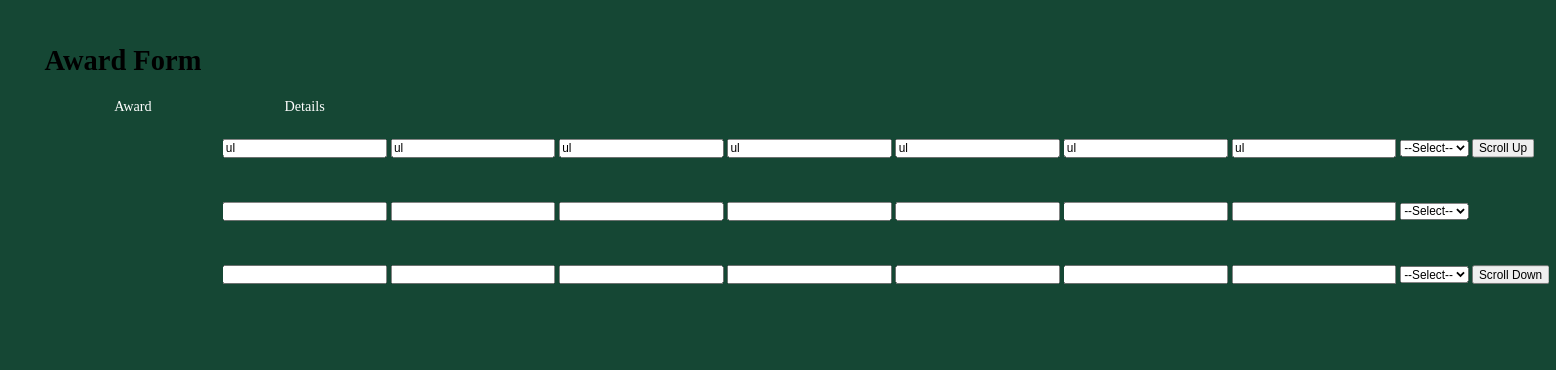
Repository: prajaktamore/Web-Based-Programming-3
Page: http://localhost/BinaryCalculator/Waiting.jsp
An editor plug-in stored every save of this project. The page is shown before and after the next save, followed by the edit.
The browser window is 1280 px wide. The page is 1748 px wide, so the pictures cover 1748 px, including what lies to the right of the window. The pictures show the whole page, at 89% of full size.
The page is served by Tomcat 9. Other server files are loaded and not shown.

Above is the page before, as saved 2014-05-04 17:49:42.

### BinaryCalculator/WebContent/Waiting.jsp
<%@ page language="java" contentType="text/html; charset=ISO-8859-1"
    pageEncoding="ISO-8859-1"%>
<%@taglib prefix="core" uri="http://java.sun.com/jsp/jstl/core"%>
<%@ page import="java.util.*,java.sql.Connection,java.sql.DriverManager,java.sql.SQLException,java.sql.Statement,java.sql.ResultSet" session="true"%>
<%@ page errorPage="ShowError.jsp" %>

<!DOCTYPE html PUBLIC "-//W3C//DTD HTML 4.01 Transitional//EN" "http://www.w3.org/TR/html4/loose.dtd">
<html>
<head>
<meta http-equiv="Content-Type" content="text/html; charset=ISO-8859-1">
<title>Awards</title>
<link href="more.css" rel="stylesheet" type="text/css" />
<script type="text/javascript">
var myArray = new Array();
var loc = -1;
var insertflag1;

var upstatus;

function  validateform1(){
	var index = document.getElementById("approve1").selectedIndex;
	if(index == 1){
		document.getElementById('sub1').style.visibility='visible';
	}else if(index == 2){
		var r=confirm("Confirmation : Are you sure you want to delete click ok and click Delete Button");
		if (r==true)
		  {
		  	document.getElementById('sub1').style.visibility='visible';
		  }
		else
		  {
		  	alert("You have cancelled Deletion");
		  }
	}
}

function  validateform2(){
	var index = document.getElementById("approve2").selectedIndex;
	if(index == 1){
		document.getElementById('sub2').style.visibility='visible';
	}else if(index == 2){
		var r=confirm("Confirmation : Are you sure you want to delete click ok and click Delete Button");
		if (r==true)
		  {
		  	document.getElementById('sub2').style.visibility='visible';
		  }
		else
		  {
		  	alert("You have cancelled Deletion");
		  }
	}
}

function  validateform3(){
	var index = document.getElementById("approve3").selectedIndex;
	if(index == 1){
		document.getElementById('sub3').style.visibility='visible';
	}else if(index == 2){
		var r=confirm("Confirmation : Are you sure you want to delete click ok and click Delete Button");
		if (r==true)
		  {
		  	document.getElementById('sub3').style.visibility='visible';
		  }
		else
		  {
		  	alert("You have cancelled Deletion");
		  }
	}
}
function successCallback(){
   	var name = '<%= session.getAttribute( "suidApprove" ) %>';
	var details = '<%= session.getAttribute( "ruidApprove" ) %>';
	var name1 = '<%= session.getAttribute( "sdeptApprove" ) %>';
	var details1 = '<%= session.getAttribute( "rdeptApprove" ) %>';
	var name2 = '<%= session.getAttribute( "awardApprove" ) %>';
	var details2 = '<%= session.getAttribute( "smailApprove" ) %>';
	var name3 = '<%= session.getAttribute( "rmailApprove" ) %>';
		var array1Token = name.toString();
		array1Token = array1Token.slice(1, array1Token.length-1);
		var fields = array1Token.split(/,/);

		var array2Token = details.toString();
		array2Token = array2Token.slice(1, array2Token.length-1);
		var fields2 = array2Token.split(/,/);

		var array1Token1 = name1.toString();
		array1Token1 = array1Token1.slice(1, array1Token1.length-1);
		var fields3 = array1Token1.split(/,/);

		var array2Token2 = details1.toString();
		array2Token2 = array2Token2.slice(1, array2Token2.length-1);
		var fields4 = array2Token2.split(/,/);

		var array1Token3 = name2.toString();
		array1Token3 = array1Token3.slice(1, array1Token3.length-1);
		var fields5 = array1Token3.split(/,/);

		var array2Token4 = details2.toString();
		array2Token4 = array2Token4.slice(1, array2Token4.length-1);
		var fields6 = array2Token4.split(/,/);

		var array1Token5 = name3.toString();
		array1Token5 = array1Token5.slice(1, array1Token5.length-1);
		var fields7 = array1Token5.split(/,/);
		loc = -1;

 		for (var i = 0; i < 3 ; i++) {
					var num = i + 1;
					var n = num.toString();

					var name = "name".concat(n);
					document.getElementById(name).value = "";

					var sssn = "detail".concat(n);
					document.getElementById(sssn).value = "";

					var sdept = "sdept".concat(n);
					document.getElementById(sdept).value = "";

					var rdept = "rdept".concat(n);
					document.getElementById(rdept).value = "";

					var award = "award".concat(n);
					document.getElementById(award).value = "";

					var smail = "smail".concat(n);
					document.getElementById(smail).value = "";

					var rmail = "rmail".concat(n);
					document.getElementById(rmail).value = "";

					var pos = "pos".concat(n);
					document.getElementById(pos).value = "";
		}

		for (var i = 0; i < fields.length ; i++) {
					if(i >= 3) {
						loc = loc + 1;

							document.getElementById("name1").value = fields[i-2];
							document.getElementById("detail1").value = fields2[i-2];
							document.getElementById("sdept1").value = fields3[i-2];
							document.getElementById("rdept1").value = fields4[i-2];
							document.getElementById("award1").value = fields5[i-2];
							document.getElementById("smail1").value = fields6[i-2];
							document.getElementById("rmail1").value = fields7[i-2];
							document.getElementById("pos1").value = i-2;

							document.getElementById("name2").value = fields[i-1];
							document.getElementById("detail2").value = fields2[i-1];
							document.getElementById("sdept2").value = fields3[i-1];
							document.getElementById("rdept2").value = fields4[i-1];
							document.getElementById("award2").value = fields5[i-1];
							document.getElementById("smail2").value = fields6[i-1];
							document.getElementById("rmail2").value = fields7[i-1];
							document.getElementById("pos2").value = i-1;

							document.getElementById("name3").value = fields[i];
							document.getElementById("detail3").value = fields2[i];
							document.getElementById("sdept3").value = fields3[i];
							document.getElementById("rdept3").value = fields4[i];
							document.getElementById("award3").value = fields5[i];
							document.getElementById("smail3").value = fields6[i];
							document.getElementById("rmail3").value = fields7[i];
							document.getElementById("pos3").value = i;


					}
					else{

							loc = loc + 1;
							var num = i + 1;
							var n = num.toString();

							var name = "name".concat(n);
							document.getElementById(name).value = fields[i];

							var sssn = "detail".concat(n);
							document.getElementById(sssn).value = fields2[i];

							var sdept = "sdept".concat(n);
					document.getElementById(sdept).value = fields3[i];

					var rdept = "rdept".concat(n);
					document.getElementById(rdept).value = fields4[i];

					var award = "award".concat(n);
					document.getElementById(award).value = fields5[i];

					var smail = "smail".concat(n);
					document.getElementById(smail).value =fields6[i];

					var rmail = "rmail".concat(n);
					document.getElementById(rmail).value = fields7[i];

							var pos = "pos".concat(n);
							document.getElementById(pos).value = i;

					}

				}

}

function scrollDown()
{
		var scrollstatus = document.getElementById("pos1").value;

		var name = '<%= session.getAttribute( "suidApprove" ) %>';
	var details = '<%= session.getAttribute( "ruidApprove" ) %>';
	var name1 = '<%= session.getAttribute( "sdeptApprove" ) %>';
	var details1 = '<%= session.getAttribute( "rdeptApprove" ) %>';
	var name2 = '<%= session.getAttribute( "awardApprove" ) %>';
	var details2 = '<%= session.getAttribute( "smailApprove" ) %>';
	var name3 = '<%= session.getAttribute( "rmailApprove" ) %>';
		var array1Token = name.toString();
		array1Token = array1Token.slice(1, array1Token.length-1);
		var fields = array1Token.split(/,/);

		var array2Token = details.toString();
		array2Token = array2Token.slice(1, array2Token.length-1);
		var fields2 = array2Token.split(/,/);

		var array1Token1 = name1.toString();
		array1Token1 = array1Token1.slice(1, array1Token1.length-1);
		var fields3 = array1Token1.split(/,/);

		var array2Token2 = details1.toString();
		array2Token2 = array2Token2.slice(1, array2Token2.length-1);
		var fields4 = array2Token2.split(/,/);

		var array1Token3 = name2.toString();
		array1Token3 = array1Token3.slice(1, array1Token3.length-1);
		var fields5 = array1Token3.split(/,/);

		var array2Token4 = details2.toString();
		array2Token4 = array2Token4.slice(1, array2Token4.length-1);
		var fields6 = array2Token4.split(/,/);

		var array1Token5 = name3.toString();
		array1Token5 = array1Token5.slice(1, array1Token5.length-1);
		var fields7 = array1Token5.split(/,/);

		loc = -1;

	if(fields.length < 3 || (parseInt(parseInt(scrollstatus) + 3))== fields.length){
			alert("Cannot scroll down");
	}else {
 		for (var i = 0; i < 3 ; i++) {
					var num = i + 1;
					var n = num.toString();

					var name = "name".concat(n);
					document.getElementById(name).value = "";

					var sssn = "detail".concat(n);
					document.getElementById(sssn).value = "";

					var sdept = "sdept".concat(n);
					document.getElementById(sdept).value = "";

					var rdept = "rdept".concat(n);
					document.getElementById(rdept).value = "";

					var award = "award".concat(n);
					document.getElementById(award).value = "";

					var smail = "smail".concat(n);
					document.getElementById(smail).value = "";

					var rmail = "rmail".concat(n);
					document.getElementById(rmail).value = "";

					var pos = "pos".concat(n);
					document.getElementById(pos).value = "";
		}

		var i = parseInt(parseInt(scrollstatus));

							document.getElementById("name1").value = fields[i+1];
							document.getElementById("detail1").value = fields2[i+1];
							document.getElementById("sdept1").value = fields3[i+1];
							document.getElementById("rdept1").value = fields4[i+1];
							document.getElementById("award1").value = fields5[i+1];
							document.getElementById("smail1").value = fields6[i+1];
							document.getElementById("rmail1").value = fields7[i+1];
							document.getElementById("pos1").value = i+1;

							document.getElementById("name2").value = fields[i+2];
							document.getElementById("detail2").value = fields2[i+2];
							document.getElementById("sdept2").value = fields3[i+2];
							document.getElementById("rdept2").value = fields4[i+2];
							document.getElementById("award2").value = fields5[i+2];
							document.getElementById("smail2").value = fields6[i+2];
							document.getElementById("rmail2").value = fields7[i+2];
							document.getElementById("pos2").value = i+2;

							document.getElementById("name3").value = fields[i+3];
							document.getElementById("detail3").value = fields2[i+3];
							document.getElementById("sdept3").value = fields3[i+3];
							document.getElementById("rdept3").value = fields4[i+3];
							document.getElementById("award3").value = fields5[i+3];
							document.getElementById("smail3").value = fields6[i+3];
							document.getElementById("rmail3").value = fields7[i+3];
							document.getElementById("pos3").value = i+3;
		}
}

function scrollUp()
{
		var scrollstatus = document.getElementById("pos3").value;

	var name = '<%= session.getAttribute( "suidApprove" ) %>';
	var details = '<%= session.getAttribute( "ruidApprove" ) %>';
	var name1 = '<%= session.getAttribute( "sdeptApprove" ) %>';
	var details1 = '<%= session.getAttribute( "rdeptApprove" ) %>';
	var name2 = '<%= session.getAttribute( "awardApprove" ) %>';
	var details2 = '<%= session.getAttribute( "smailApprove" ) %>';
	var name3 = '<%= session.getAttribute( "rmailApprove" ) %>';
		var array1Token = name.toString();
		array1Token = array1Token.slice(1, array1Token.length-1);
		var fields = array1Token.split(/,/);

		var array2Token = details.toString();
		array2Token = array2Token.slice(1, array2Token.length-1);
		var fields2 = array2Token.split(/,/);

		var array1Token1 = name1.toString();
		array1Token1 = array1Token1.slice(1, array1Token1.length-1);
		var fields3 = array1Token1.split(/,/);

		var array2Token2 = details1.toString();
		array2Token2 = array2Token2.slice(1, array2Token2.length-1);
		var fields4 = array2Token2.split(/,/);

		var array1Token3 = name2.toString();
		array1Token3 = array1Token3.slice(1, array1Token3.length-1);
		var fields5 = array1Token3.split(/,/);

		var array2Token4 = details2.toString();
		array2Token4 = array2Token4.slice(1, array2Token4.length-1);
		var fields6 = array2Token4.split(/,/);

		var array1Token5 = name3.toString();
		array1Token5 = array1Token5.slice(1, array1Token5.length-1);
		var fields7 = array1Token5.split(/,/);


		loc = -1;

		if(fields.length < 3 || (parseInt(parseInt(scrollstatus) - 3)) < 0){
				alert("Cannot scroll up");
		}else {
	 		for (var i = 0; i < 3 ; i++) {
					var num = i + 1;
					var n = num.toString();

					var name = "name".concat(n);
					document.getElementById(name).value = "";

					var sssn = "detail".concat(n);
					document.getElementById(sssn).value = "";

					var sdept = "sdept".concat(n);
					document.getElementById(sdept).value = "";

					var rdept = "rdept".concat(n);
					document.getElementById(rdept).value = "";

					var award = "award".concat(n);
					document.getElementById(award).value = "";

					var smail = "smail".concat(n);
					document.getElementById(smail).value = "";

					var rmail = "rmail".concat(n);
					document.getElementById(rmail).value = "";

					var pos = "pos".concat(n);
					document.getElementById(pos).value = "";

		}

		var i = parseInt(parseInt(scrollstatus));
							document.getElementById("name1").value = fields[i-3];
							document.getElementById("detail1").value = fields2[i-3];
							document.getElementById("sdept1").value = fields3[i-3];
							document.getElementById("rdept1").value = fields4[i-3];
							document.getElementById("award1").value = fields5[i-3];
							document.getElementById("smail1").value = fields6[i-3];
							document.getElementById("rmail1").value = fields7[i-3];
							document.getElementById("pos1").value = i-3;

							document.getElementById("name2").value = fields[i-2];
							document.getElementById("detail2").value = fields2[i-2];
							document.getElementById("sdept2").value = fields3[i-2];
							document.getElementById("rdept2").value = fields4[i-2];
							document.getElementById("award2").value = fields5[i-2];
							document.getElementById("smail2").value = fields6[i-2];
							document.getElementById("rmail2").value = fields7[i-2];
							document.getElementById("pos2").value = i-2;

							document.getElementById("name3").value = fields[i-1];
							document.getElementById("detail3").value = fields2[i-1];
							document.getElementById("sdept3").value = fields3[i-1];
							document.getElementById("rdept3").value = fields4[i-1];
							document.getElementById("award3").value = fields5[i-1];
							document.getElementById("smail3").value = fields6[i-1];
							document.getElementById("rmail3").value = fields7[i-1];
							document.getElementById("pos3").value = i-1;

		}
}

</script>
</head>
<body  onload="successCallback()">
		<h1>Award Form</h1>
			<form name="myForm"  method="POST" action="Waiting">
				<table width="page">
					<tr>
						<td align="center">Award</td>
						<td align="center">Details</td>
						<td></td>
					</tr>
					<tr>
						<td><input type="submit" name="sub" id="sub1" value="Select1" style="visibility:hidden;background-color: #2e466e; color: #ffff; border-radius: 10px;border:6px solid #1f2f47;border-radius:29px;padding:16px 57px;text-shadow:0px 1px 0px #263666;font-size:20px;"></td>
						<td><input id="name1" type="text" name="name1" readonly></td>
						<td><input id="detail1" type="text" name="detail1" readonly></td>
						<td><input id="sdept1" type="text" name="sdept1" readonly></td>
						<td><input id="rdept1" type="text" name="rdept1" readonly></td>
						<td><input id="award1" type="text" name="award1" readonly></td>
						<td><input id="smail1" type="text" name="smail1" readonly></td>
						<td><input id="rmail1" type="text" name="rmail1" readonly></td>
						<td>
	 					    <select name="approve1" id="approve1" onchange="validateform1()">
						        <OPTION  value="-1" label="--Select--" selected="selected">
						        <option value="Approve">Approve</option>
						        <option value="Delete">Delete</option>
						     </select>
					    </td>
						<td><input type="button" name="up" value="Scroll Up" onClick="scrollUp()"></td>
						<td><input id="pos1" type="hidden" readonly></td>
					</tr>
					<tr>
						<td><input type="submit" name="sub" id="sub2" value="Select2" style="visibility:hidden;background-color: #2e466e; color: #ffff; border-radius: 10px;border:6px solid #1f2f47;border-radius:29px;padding:16px 57px;text-shadow:0px 1px 0px #263666;font-size:20px;"></td>
						<td><input id="name2" type="text" name="name2" readonly></td>
						<td><input id="detail2" type="text" name="detail2" readonly></td>
						<td><input id="sdept2" type="text" name="sdept2" readonly></td>
						<td><input id="rdept2" type="text" name="rdept2" readonly></td>
						<td><input id="award2" type="text" name="award2" readonly></td>
						<td><input id="smail2" type="text" name="smail2" readonly></td>
						<td><input id="rmail2" type="text" name="rmail2" readonly></td>
						<td>
	 					    <select name="approve2" id="approve2" onchange="validateform2()">
						        <OPTION  value="-1" label="--Select--" selected="selected">
						         <option value="Approve">Approve</option>
						        <option value="Delete">Delete</option>
						     </select>
					    </td>
						<td><input id="pos2" type="hidden" readonly></td>
					</tr>
					<tr>
						<td><input type="submit" name="sub" id="sub3" value="Select3" style="visibility:hidden;background-color: #2e466e; color: #ffff; border-radius: 10px;border:6px solid #1f2f47;border-radius:29px;padding:16px 57px;text-shadow:0px 1px 0px #263666;font-size:20px;"></td>
						<td><input id="name3" type="text" name="name3" readonly></td>
						<td><input id="detail3" type="text" name="detail3" readonly></td>
						<td><input id="sdept3" type="text" name="sdept3" readonly></td>
						<td><input id="rdept3" type="text" name="rdept3" readonly></td>
						<td><input id="award3" type="text" name="award3" readonly></td>
						<td><input id="smail3" type="text" name="smail3" readonly></td>
						<td><input id="rmail3" type="text" name="rmail3" readonly></td>
						<td>
	 					    <select name="approve3" id="approve3" onchange="validateform3()">
						        <OPTION  value="-1" label="--Select--" selected="selected">
						         <option value="Approve">Approve</option>
						        <option value="Delete">Delete</option>
						     </select>
					    </td>
						<td><input type="button" name="down" value="Scroll Down" onClick="scrollDown()"></td>
						<td><input id="pos3" type="hidden" readonly></td>
					</tr>
				</table>
			</form>
</body>
</html>

### BinaryCalculator/WebContent/more.css
/*
    author : Prajakta More
    date created : 11 Feb 2014
	Version:  1
    copyright information : Binghamton University
*/

/*Defines style for body tag all fields declared in body tag will follow below style for margins and background*/
body
{
margin-top:50px;
margin-left:50px;
margin-right:50px;
margin-bottom:50px;
background:#154734;
}



input#submit {
    padding: 4px 40px;
    /*give the background a gradient*/
    background:#ffae00; /*fallback for browsers that don't support gradients*/
    background: -webkit-linear-gradient(top, #ffae00, #d67600);
    background: -moz-linear-gradient(top, #ffae00, #d67600);
    background: -o-linear-gradient(top, #ffae00, #d67600);
    background: linear-gradient(top, #ffae00, #d67600);
    border:2px outset #dad9d8;
    /*style the text*/
    font-family:Andika, Arial, sans-serif;
    font-size:1.1em;
    letter-spacing:0.05em;
    text-transform:uppercase;
    color:#fff;
    text-shadow: 0px 1px 10px #000;
    /*add to small curve to the corners of the button*/
    -webkit-border-radius: 15px;
    -moz-border-radius: 15px;
    border-radius: 15px;
    /*give the button a drop shadow*/
    -webkit-box-shadow: rgba(0, 0, 0, .55) 0 1px 6px;
    -moz-box-shadow: rgba(0, 0, 0, .55) 0 1px 6px;
    box-shadow: rgba(0, 0, 0, .55) 0 1px 6px;
    }
    /****NOW STYLE THE BUTTON'S HOVER STATE***/
    input#submit:hover, input#submit:focus {
    border:2px solid #dad9d8;
    }



/*Defines style for table tag all fields declared in table tag will follow below style for border*/
table
{
border: 0px solid #154734;
content-type:text/plain;
charset=iso-8859-1 ;
}
/*Defines style for table data tag all fields declared in table data tag will follow below style for border and text color */
td
{
border: 0px solid #154734;
color:white;
}
/*Defines style for paragraph tag  with class type defined as ex2 all fields declared in paragraph tag will follow below style for font, color, text align*/
p.ex2
{
font:30px arial,sans-serif,centre;
color:#ffffff;
text-align:center;
}
/*Defines style for paragraph tag  with class type defined as ex1 all fields declared in paragraph tag will follow below style for font, color, text align*/
p.ex1
{
font:18px arial,sans-serif,centre;
color:#ffffff;
text-align:center;
}
/*Defines style for img tag all with class name as ex3 fields declared in img tag will
follow below style for margins, background, padding, border, background -color, height, width, float, text- align*/
img.ex3
{
  margin: 5px;
  padding: 5px;
  background-color: #ffffff;
  border: 3px solid #ffffff;
  height: 375px;
  width: 250px;
  float: left;
  text-align: left;
}
/*Defines style for a href tag and its properties for different states as link, visited, hover, active*/
a:link {text-decoration:none;
background-color:#66CCCC;
color:#000000;
}
a:visited {text-decoration:none;
background-color:#9999CC;
color:#660033;
}
a:hover {text-decoration:underline;
background-color:#CC99CC;
color:#000033;
}
a:active {text-decoration:underline;
background-color:#FF99CC;
color:#330000;
}

After the next save:
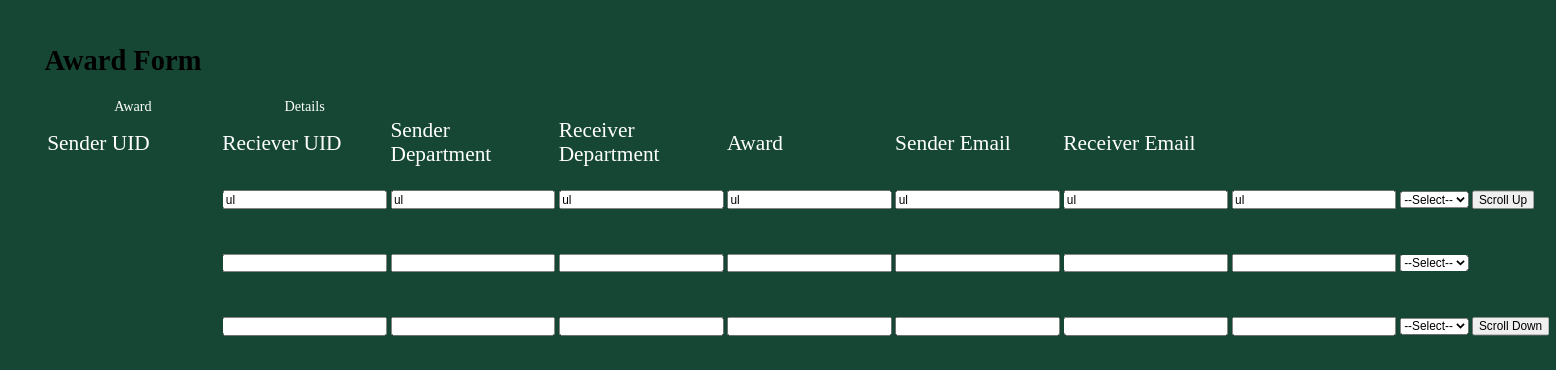
Saved 9 min 20 s later.
--- a/BinaryCalculator/WebContent/Waiting.jsp
+++ b/BinaryCalculator/WebContent/Waiting.jsp
@@ -422,6 +422,15 @@ function scrollUp()
 						<td align="center">Award</td>
 						<td align="center">Details</td>
 						<td></td>
+					</tr>
+					<tr>
+					<td><label style="color:#ffffff;font-size:24px;visibility:visible;" >Sender UID</label></td>
+					<td><label style="color:#ffffff;font-size:24px;visibility:visible;" >Reciever UID</label></td>
+					<td><label style="color:#ffffff;font-size:24px;visibility:visible;" >Sender Department</label></td>
+					<td><label style="color:#ffffff;font-size:24px;visibility:visible;" >Receiver Department</label></td>
+					<td><label style="color:#ffffff;font-size:24px;visibility:visible;" >Award</label></td>
+					<td><label style="color:#ffffff;font-size:24px;visibility:visible;" >Sender Email</label></td>
+					<td><label style="color:#ffffff;font-size:24px;visibility:visible;" >Receiver Email</label></td>
 					</tr>
 					<tr>
 						<td><input type="submit" name="sub" id="sub1" value="Select1" style="visibility:hidden;background-color: #2e466e; color: #ffff; border-radius: 10px;border:6px solid #1f2f47;border-radius:29px;padding:16px 57px;text-shadow:0px 1px 0px #263666;font-size:20px;"></td>
